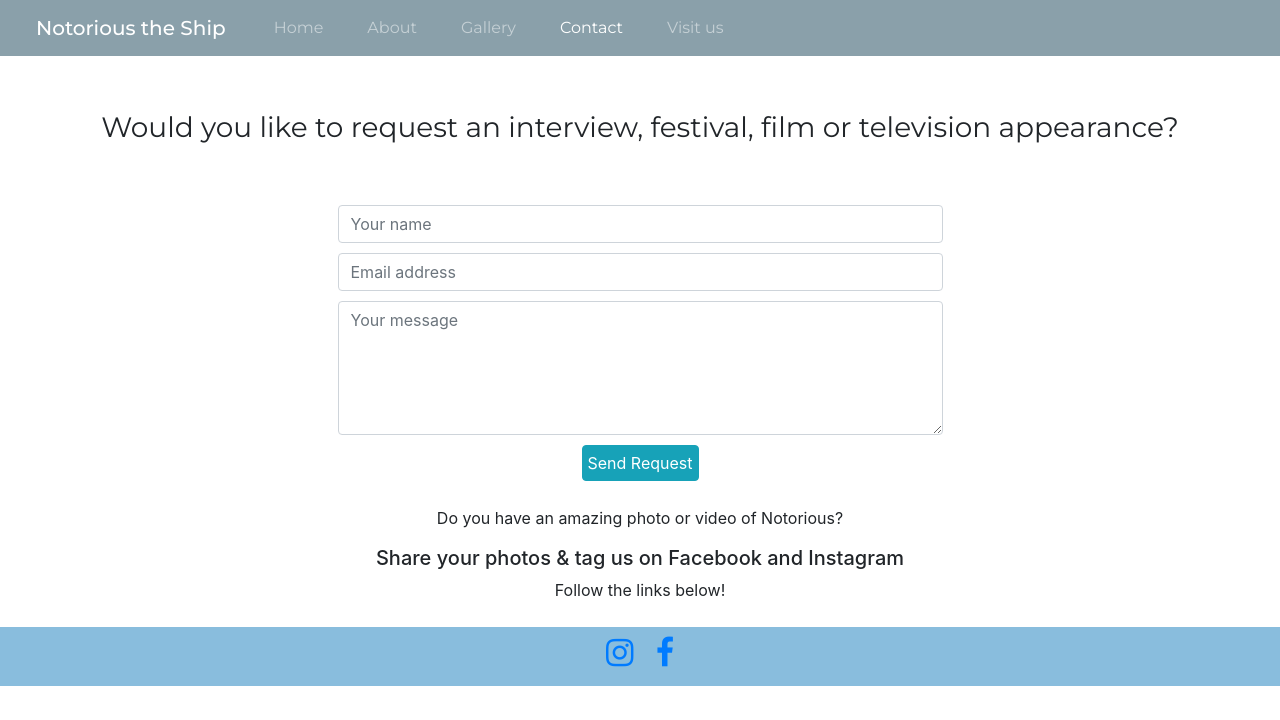
Repository: TSRose/NotorioustheShip
Page: contact.html
The author's editor kept a record of every edit. The page is drawn from the files as they stood at one moment, then again after the next edit.
The browser window is 1280 px wide. The pictures show the whole page.

Above is the page before.

After the next edit:
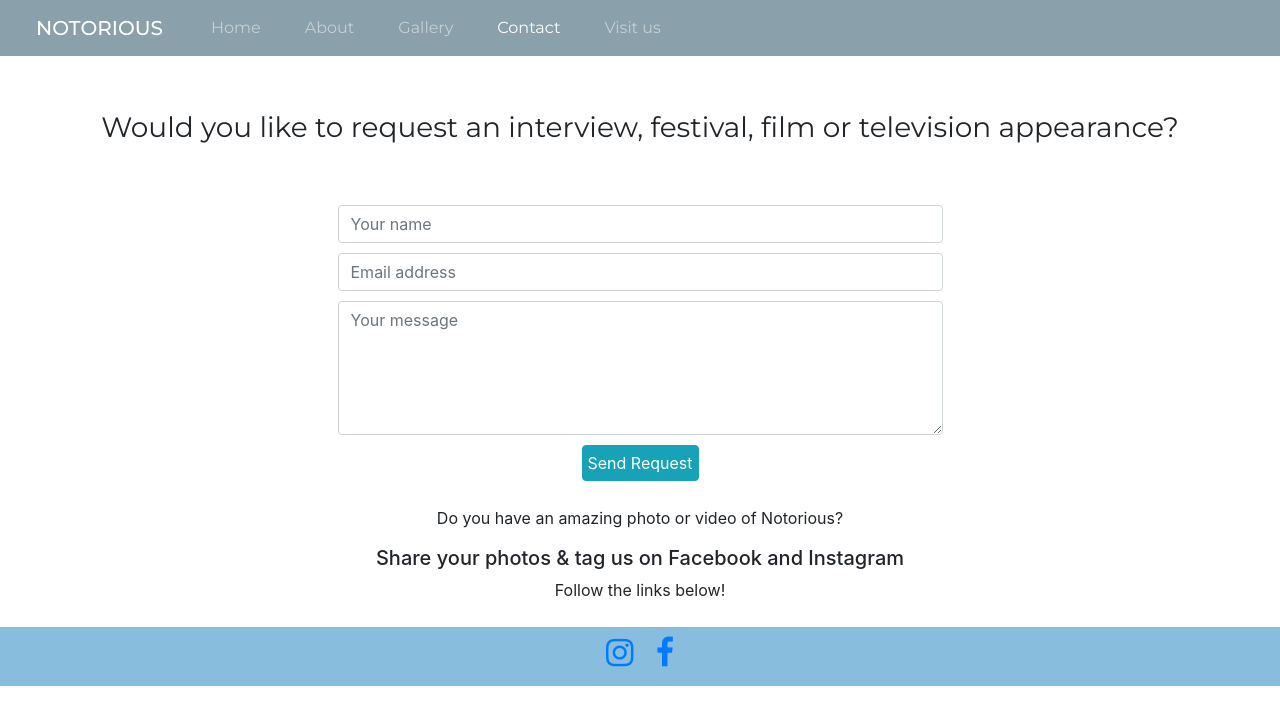
The edit:
--- a/contact.html
+++ b/contact.html
@@ -14,7 +14,7 @@
 
 <body>
     <nav class="navbar navbar-dark navbar-expand-sm">
-        <a href="index.html" class="navbar-brand">Notorious the Ship</a>
+        <a href="index.html" class="navbar-brand">NOTORIOUS</a>
         <button class="navbar-toggler ml-auto" type="button" data-toggle="collapse" data-target="#navbarNavDropdown" aria-controls="navbarNavDropdown" aria-expanded="false" aria-label="Toggle navigation">
       <span class="navbar-toggler-icon"></span></button>
         <div class="collapse navbar-collapse" id="navbarNavDropdown">
